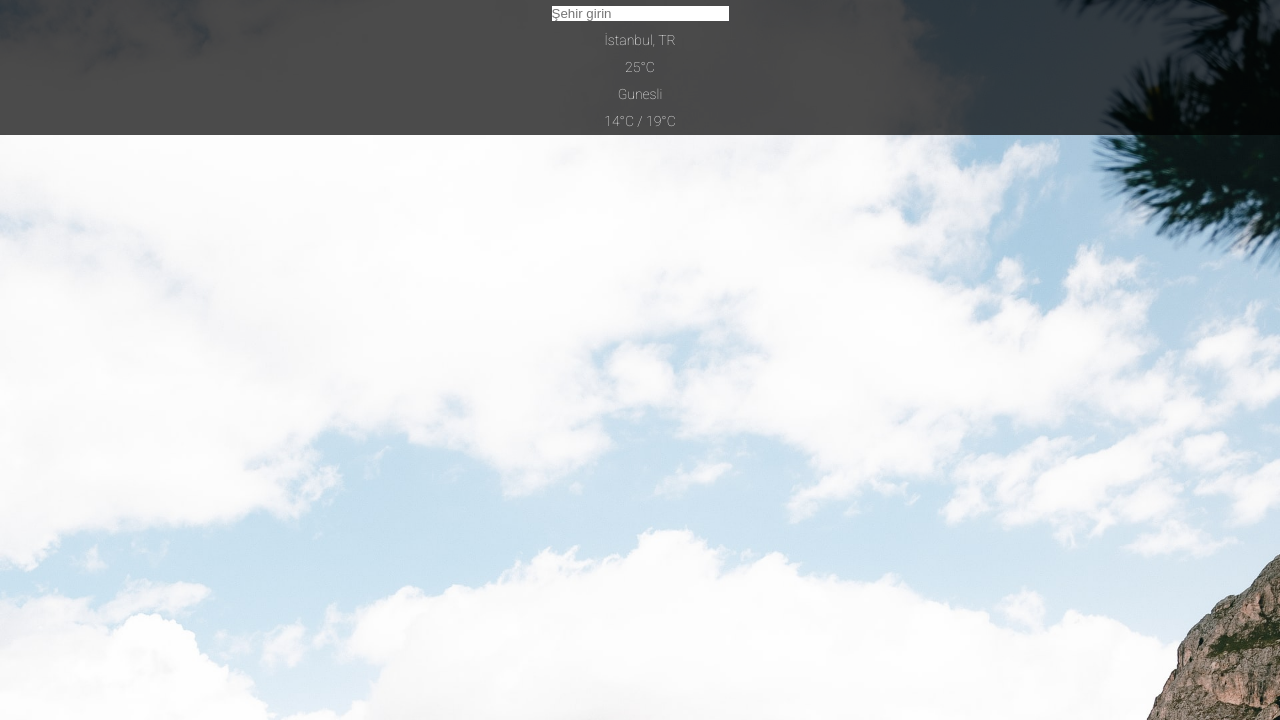
Repository: DogukanSAVA/havadurumu
Page: index.html
The author's editor kept a copy of each file at every save. The page is drawn from the files as they stood at one save, then again after a run of saves.
The browser window is 1280 px wide. The pictures show the whole page.

Above is the page before, as saved 2021-09-16 11:57:58.

After the next 5 saves:
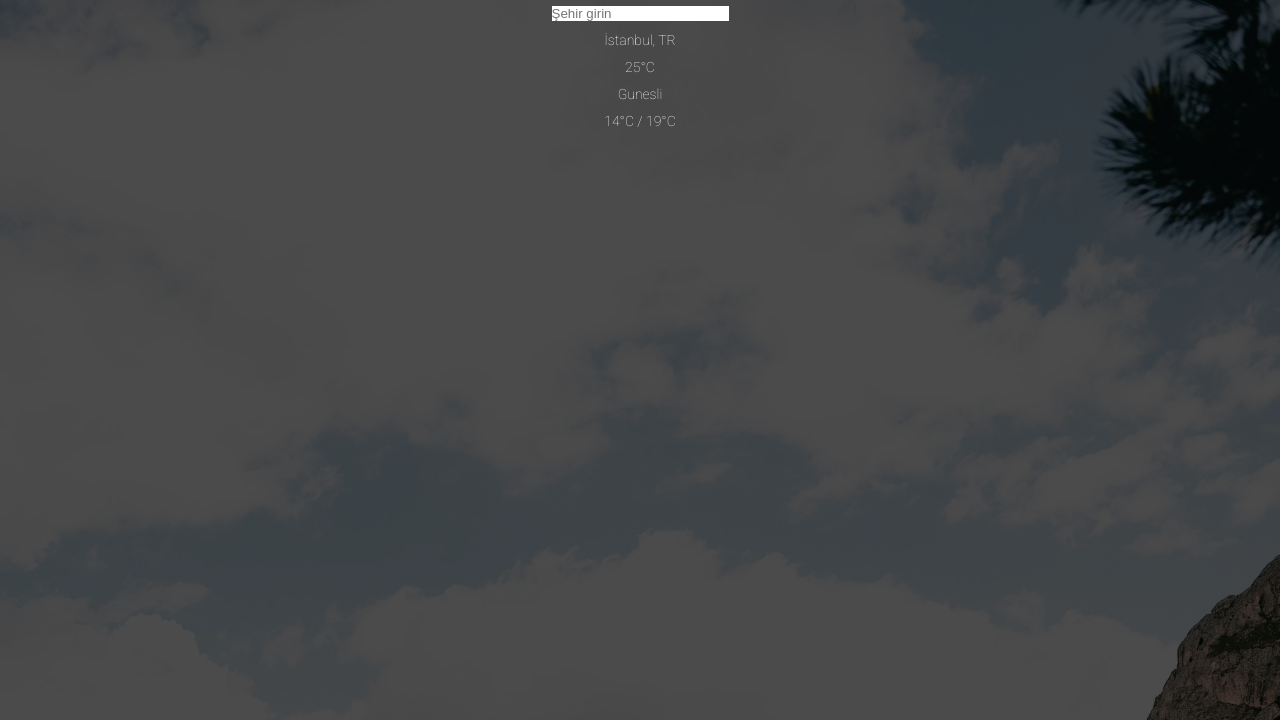
The 5 saves are shown as one change because they came seconds apart.
The last was saved 25 s later.
--- a/style.css
+++ b/style.css
@@ -1,24 +1,28 @@
-*   {
-          margin : 0 ;
-          padding : 0 ;
-          border : 0;
-          box-sizing : border-box ;
-          }
+* {
+  margin: 0;
+  padding: 0;
+  border: 0;
+  box-sizing: border-box;
+}
 
-    html, body  {
-          font-family: 'Roboto', sans-serif;
-          font-size : 14px;
-          font-weight : 400;
-          line-height : 27px;
-          color: #fff;
-          background-image: url(kristaps-ungurs-IsoWEQtvlBU-unsplash.jpg);
-          background-repeat: no-repeat;
-          background-size: cover;
-          height: 100vh;
-          }
+html,
+body {
+  font-family: "Roboto", sans-serif;
+  font-size: 14px;
+  font-weight: 400;
+  line-height: 27px;
+  color: #fff;
+  background-image: url(kristaps-ungurs-IsoWEQtvlBU-unsplash.jpg);
+  background-repeat: no-repeat;
+  background-size: cover;
+  height: 100vh;
+}
 
-.app{display: flex;
-flex-direction: column;
-align-items: center;
-text-align: center;
-background: rgba(0,0,0,.7);
+.app {
+  display: flex;
+  flex-direction: column;
+  align-items: center;
+  text-align: center;
+  background: rgba(0, 0, 0, 0.7);
+  height: 100vh;
+}
